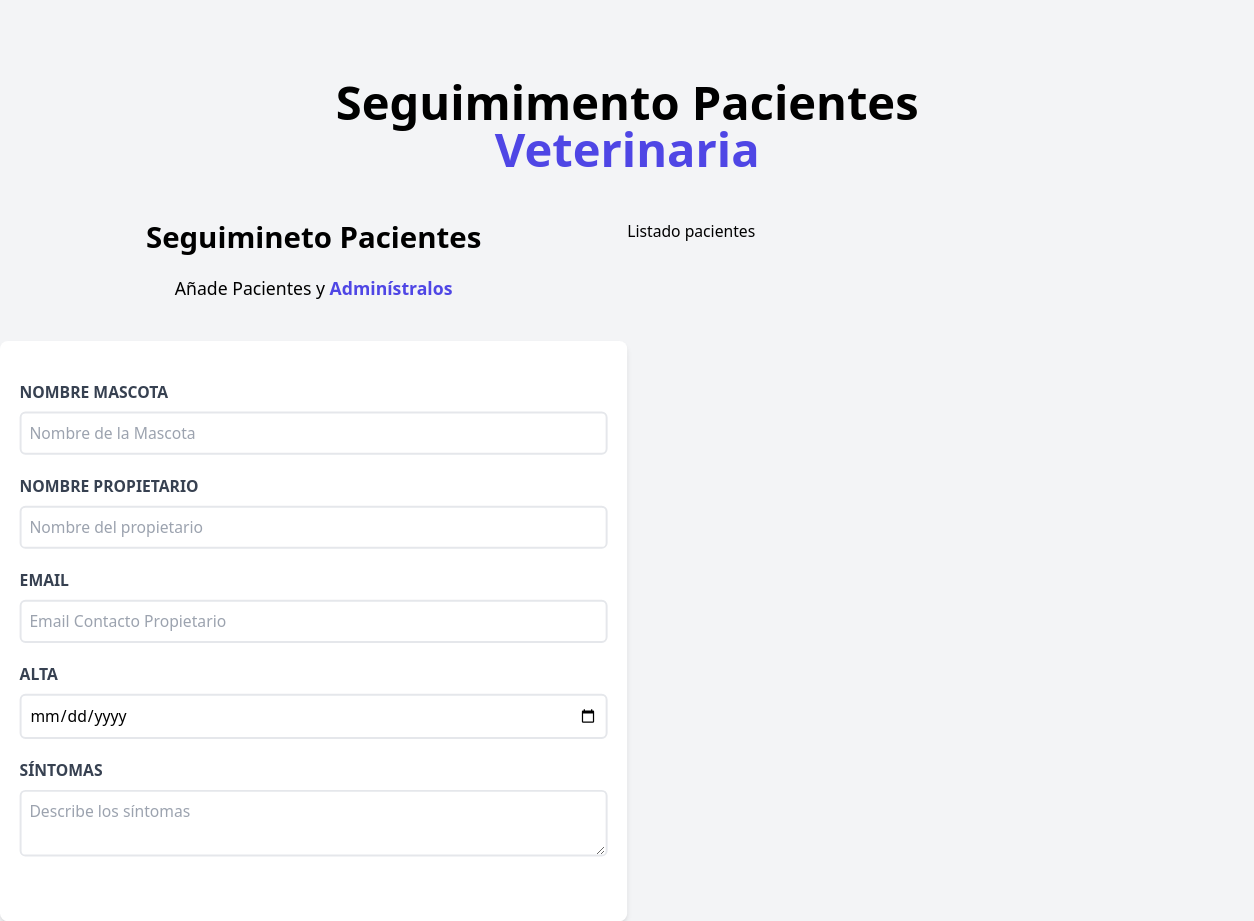
Repository: rlaureano/citas_react
Page: /
These files come from the project's save history. The page is drawn as it stood at one moment and after the next save; the edit follows.
The browser window is 1280 px wide. The pictures show the whole page, at 98% of full size.
The project was rebuilt for these pictures with package versions that can differ from the ones it lists, and the page was loaded fresh each time. Also part of the build but not shown: vite.config.js.

Above is the page before, as saved 2022-01-11 23:07:23.

After the next save:
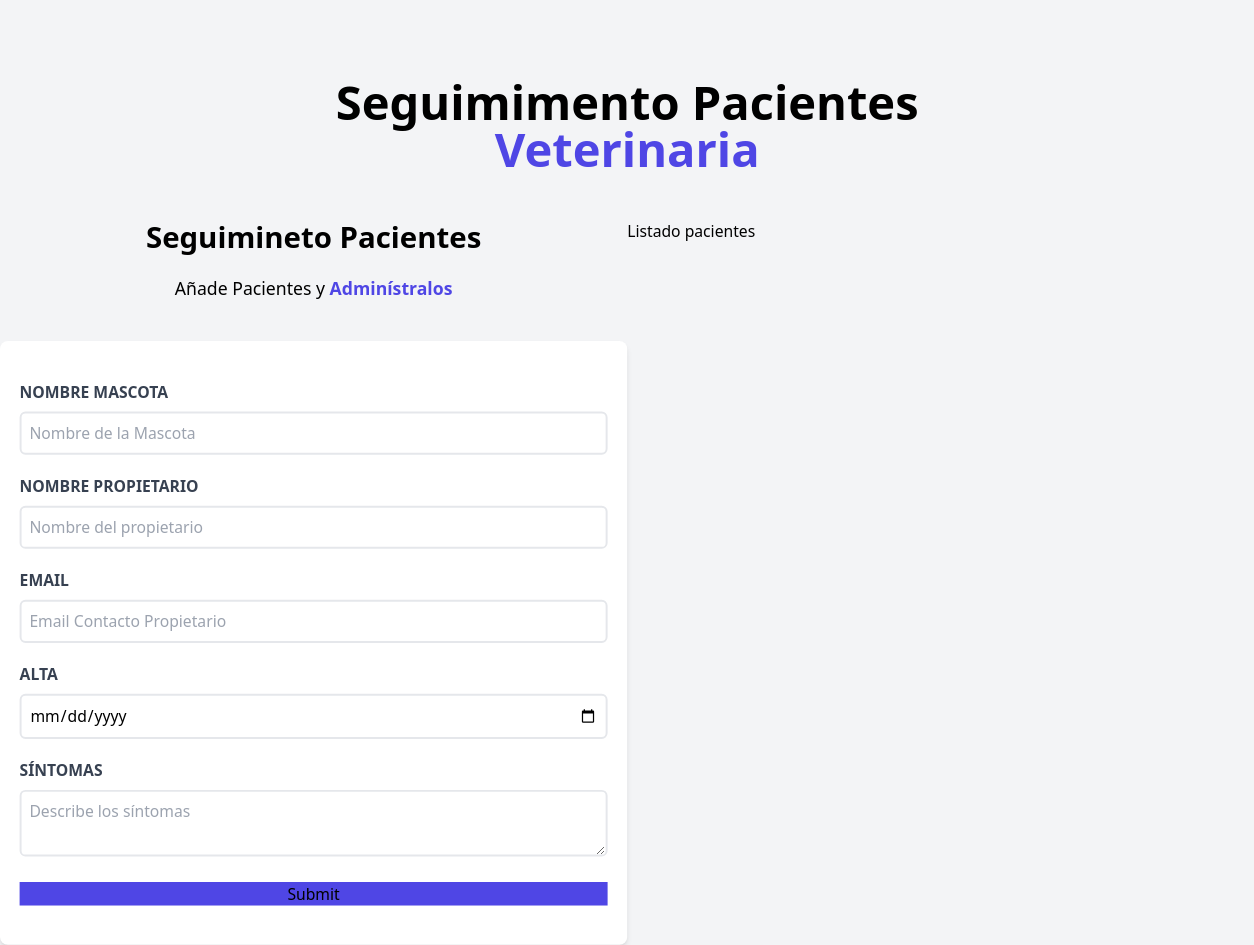
Saved 72 s later.
--- a/src/components/Formulario.jsx
+++ b/src/components/Formulario.jsx
@@ -59,6 +59,11 @@ const Formulario = () => {
             className="border-2 w-full p-2 mt-2 placeholder-gray-400 rounded-md"
           />
         </div>
+
+        <input
+          type="submit"
+          className="bg-indigo-600 w-full"
+        />
       </form>
 
     </div>
